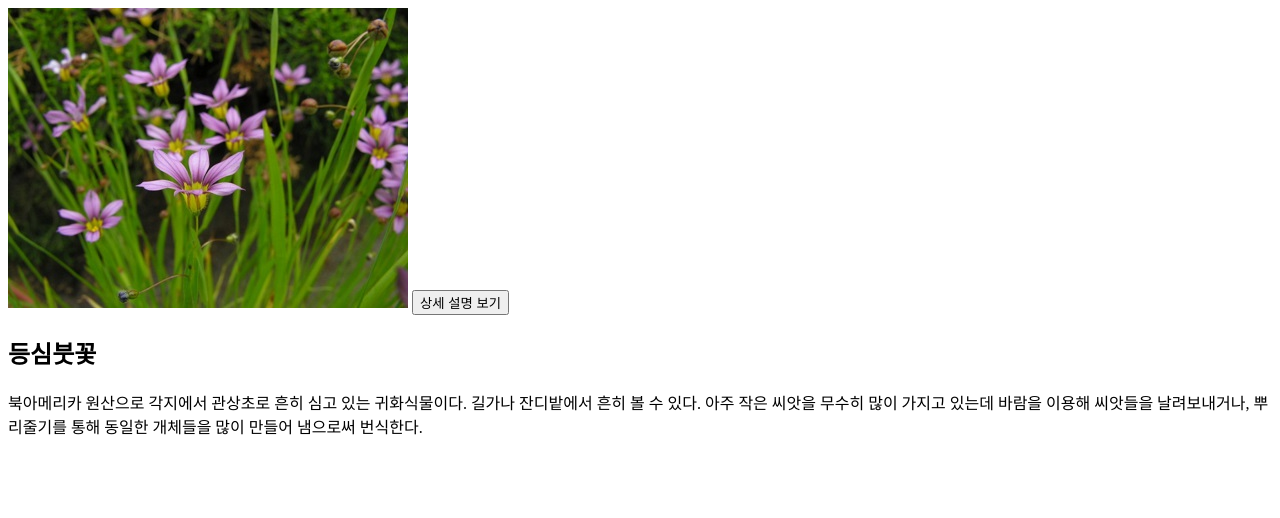
Repository: ady0099/webstudy
Page: 03_javascript/src/main/webapp/day02/ex17_event.html
An editor plug-in stored every save of this project. The page is shown before and after the next save, followed by the edit.
The browser window is 1280 px wide. The pictures show the whole page.

Above is the page before, as saved 2023-06-28 07:40:46.

### 03_javascript/src/main/webapp/day02/ex17_event.html
<!DOCTYPE html>
<html>
	<head>
		<meta charset="UTF-8">
		<title>Insert title here</title>
	</head>
	<body>
		<div id="item">
			<img alt="" src="../images/flower.jpg">
			<button class="over" id="open">상세 설명 보기</button>
			<div id="desc" class="detail">
				<h2>등심붓꽃</h2>
				<p>북아메리카 원산으로 각지에서 관상초로 흔히 심고 있는 귀화식물이다.
				길가나 잔디밭에서 흔히 볼 수 있다.
				아주 작은 씨앗을 무수히 많이 가지고 있는데 바람을 이용해 씨앗들을 날려보내거나,
				뿌리줄기를 통해 동일한 개체들을 많이 만들어 냄으로써 번식한다.</p>
			</div>
		</div>
	</body>
</html>

After the next save:
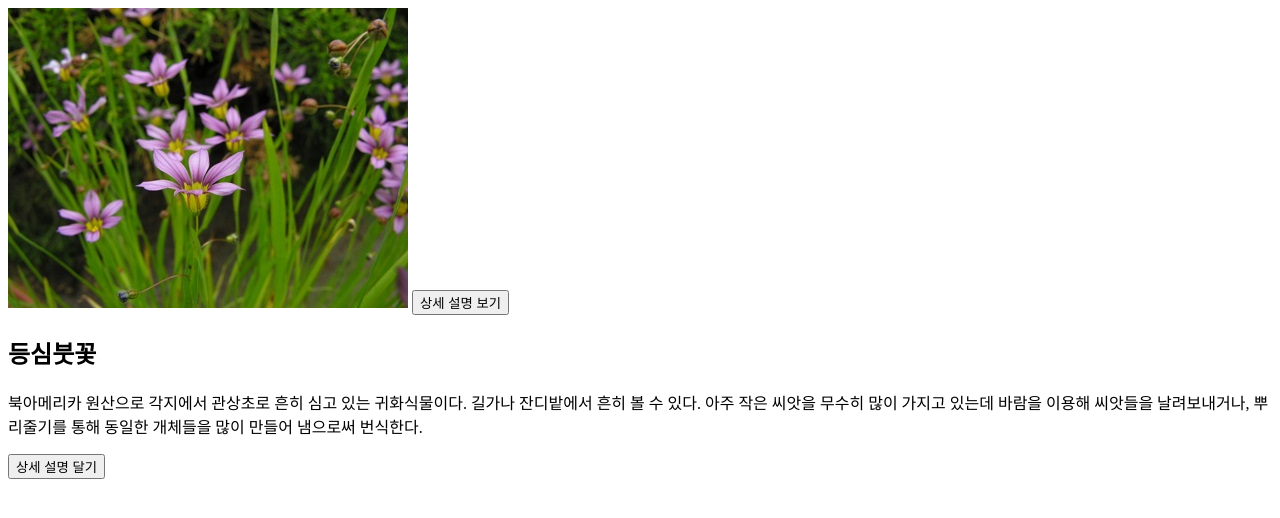
Saved 16 s later.
--- a/03_javascript/src/main/webapp/day02/ex17_event.html
+++ b/03_javascript/src/main/webapp/day02/ex17_event.html
@@ -14,6 +14,7 @@
 				길가나 잔디밭에서 흔히 볼 수 있다.
 				아주 작은 씨앗을 무수히 많이 가지고 있는데 바람을 이용해 씨앗들을 날려보내거나,
 				뿌리줄기를 통해 동일한 개체들을 많이 만들어 냄으로써 번식한다.</p>
+				<button id="close">상세 설명 달기</button>
 			</div>
 		</div>
 	</body>
